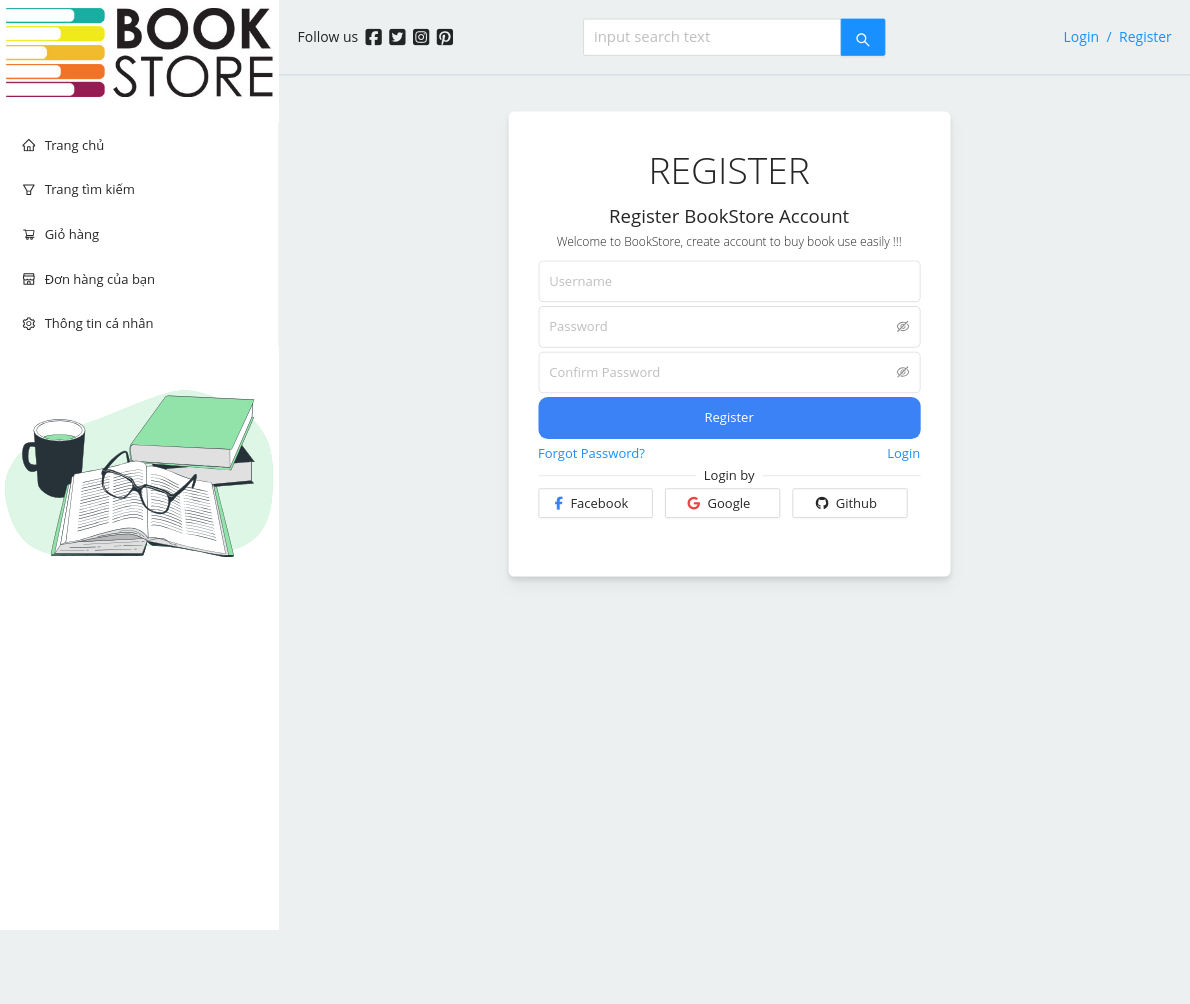
Repository: truongnguyenuit/DoAnCN
Page: /register (app in client/)
The author's editor kept a copy of each file at every save. The page is drawn from the files as they stood at one save, then again after the next save.
The browser window is 1280 px wide. The pictures show the whole page, at 93% of full size.
Some web libraries are served in a nearby version. The project was rebuilt for these pictures with package versions that can differ from the ones it lists, and the page was loaded fresh each time. Also part of the build but not shown: client/src/pages/AuthLoginPage.jsx, client/src/pages/AuthLogoutPage.jsx, client/src/pages/CartPage.jsx, client/src/pages/HomePage.jsx, client/src/pages/settingPage.jsx, client/src/pages/OderPage.jsx, client/src/pages/SearchPage.jsx, client/src/router/protectedRouter.js.

Above is the page before, as saved 2022-09-22 21:57:23.

### client/public/index.html
<!DOCTYPE html>
<html lang="en">
  <head>

    <meta charset="utf-8" />
    <meta name="viewport" content="width=device-width, initial-scale=1" />
    <meta
      name="description"
      content="Web site created using create-react-app"
    />
    <style>
      *{
        font-family: 'Open Sans', sans-serif;
        margin: 0;
      }
    </style>
    <script src="https://kit.fontawesome.com/cd2089affa.js" crossorigin="anonymous"></script>
    <title>BookStore Website</title>

  </head>
  <body>

    <noscript>You need to enable JavaScript to run this app.</noscript>
    <div id="root"></div>

  </body>
</html>

### client/src/index.js
import React from 'react';
import ReactDOM from 'react-dom/client';
import './index.css';
import App from './App';
import 'antd/dist/antd.min.css'

const root = ReactDOM.createRoot(document.getElementById('root'));
root.render(
  <React.StrictMode>
    <App />
  </React.StrictMode>
);

### client/src/App.js
import { BrowserRouter, Route, Routes } from "react-router-dom";
import { configRouter } from './router/configRouter';

import TopBarComponent from "./components/TopBarComponent";
import LeftBarComponent from "./components/LeftBarComponent";

import ProtectedRoute from "./router/protectedRouter";

function App() {


  return (
    <div>
      <BrowserRouter>
        <div className="fixed top-0 z-20">
          <LeftBarComponent />
        </div>
        <div className="fixed top-0 left-[300px] right-0 z-10">
          <TopBarComponent />
        </div>
        <div className="mt-[50px]"></div>
        <Routes>
          {configRouter.map((item, index) => {
            return (
              <Route
                key={index}
                path={item.path}
                element={item.page}
              // <ProtectedRoute protect={item.private}>
              // </ProtectedRoute>
              />
            );
          })}

        </Routes>

      </BrowserRouter>
    </div>
  );
}

export default App;

### client/src/router/configRouter.js
import AuthLoginPage from "../pages/AuthLoginPage";
import AuthRegisterPage from "../pages/AuthRegisterPage";
import AuthLogoutPage from "../pages/AuthLogoutPage";

import CartPage from "../pages/CartPage";
import HomePage from "../pages/HomePage";
import SettingPage from "../pages/settingPage";
import OderPage from "../pages/OderPage";
import SearchPage from "../pages/SearchPage";

import { pathName } from "./pathName";

export const configRouter=[
  {
    path: pathName.login,
    page: <AuthLoginPage/>,
    private: false,
  },
  {
    path: pathName.register,
    page: <AuthRegisterPage/>,
    private: false,
  },
  {
    path: pathName.logout,
    page: <AuthLogoutPage/>,
    private: true,
  },
  {
    path: pathName.cart,
    page: <CartPage/>,
    private: false,
  },
  {
    path: pathName.home,
    page: <HomePage/>,
    private: false,
  },
  {
    path: pathName.oder,
    page: <OderPage/>,
    private: false,
  },
  {
    path: pathName.search,
    page: <SearchPage/>,
    private: false,
  },
  {
    path: pathName.setting,
    page: <SettingPage/>,
    private: false,
  },

]

### client/src/components/TopBarComponent.js
import { Link } from "react-router-dom";
import { Row, Col, Button, Input, Modal } from "antd"
import { pathName } from '../router/pathName';
import React, { useState, useContext } from 'react';

import { useFormik } from 'formik';
import * as Yup from "yup";

const { Search } = Input

const NavigateRouter = [
  {
    path: 'asdasdasd',
    name: "Thời sự",
  },

];

const TopBarComponent = () => {

  return (

    <div className="bg-[#ecf0f1] border-b border-slate-300">
      <Row>

        <Col span={8}>
          <div className="flex justify-start items-center text-[20px] gap-2 h-20 ml-[20px]">
          <span className="text-[15px]">Follow us</span>
            <i className="fa-brands fa-facebook-square cursor-pointer"></i>
            <i className="fa-brands fa-twitter-square cursor-pointer"></i>
            <i className="fa-brands fa-instagram-square cursor-pointer"></i>
            <i className="fa-brands fa-pinterest-square cursor-pointer"></i>
          </div>
        </Col>

        <Col span={8}>
          <div className="flex justify-center items-center text-[20px] h-20">
            <Search size="large" placeholder="input search text" onSearch={''} enterButton />
          </div>
        </Col>

        <Col span={8}>
          <div className="flex justify-end items-center text-[15px] gap-2 h-20 mr-[20px]">
            <Link to={pathName.login}>
              Login
            </Link>
            <span className="text-[#1890ff]">/</span>
            <Link to={pathName.register}>
              Register
            </Link>
          </div>
        </Col>

      </Row>
    </div>
  )
}

export default TopBarComponent

### client/src/components/LeftBarComponent.js
import React from 'react'
import logo from '../logo.jpg'
import { pathName } from '../router/pathName';
import { Menu } from 'antd';
import { Link } from 'react-router-dom';
import {
  SettingOutlined,
  ShoppingCartOutlined,
  FilterOutlined,
  HomeOutlined,
  ShopOutlined
} from '@ant-design/icons'
import bookPicture from "../book.svg"

const LeftBarComponent = () => {
  const handleClick = e => {

  }
  return (
    <div className='bg-white h-[1000px]'>
      <div className=" w-[300px] flex items-center justify-start mb-5">
        <img className='w-[300px] object-cover' src={logo}></img>
      </div>
      <Menu
        onClick={handleClick}
        style={{ width: 300 }}
        mode="inline"
        theme="light"

      >
        <Menu.Item icon={<HomeOutlined />} key="dashboard">
          <Link to={pathName.home}>Trang chủ</Link>
        </Menu.Item>
        <Menu.Item icon={<FilterOutlined />} key="category">
          <Link to={pathName.search}>Trang tìm kiếm</Link>
        </Menu.Item>
        <Menu.Item icon={<ShoppingCartOutlined />} key="cart">
          <Link to={pathName.cart}>Giỏ hàng</Link>
        </Menu.Item>
        <Menu.Item icon={<ShopOutlined />} key="oder">
          <Link to={pathName.oder}>Đơn hàng của bạn</Link>
        </Menu.Item>
        <Menu.Item icon={<SettingOutlined />} key="setting">
          <Link to={pathName.setting}>Thông tin cá nhân</Link>
        </Menu.Item>
      </Menu>
      <div className="mt-[40px]">
        <img src={bookPicture} alt="" />
      </div>

    </div>
  )
}

export default LeftBarComponent

### client/src/pages/AuthRegisterPage.jsx
import React from 'react'
import { pathName } from '../router/pathName';
import { Link } from 'react-router-dom';
import { registerUser } from '../redux/authAPI';
import { Button, Input, Row, Col } from "antd";

import { useFormik } from "formik"
import * as Yup from "yup"

const AuthRegisterPage = () => {
  const formik = useFormik({
    initialValues: {
      username: "",
      password: "",
      confirmPassword: ""
    },
    validationSchema: Yup.object({
      username: Yup.string().required("Required").min(4, "Must be 4 character or more"),
      password: Yup.string().required("Required").min(4, "Must be 4 character or more"),
      confirmPassword: Yup.string().required("Required").min(4, "Must be 4 character or more")
    }),
    onSubmit: async (values) => {
      console.log("ok")
      // if (values.password !== values.confirmPassword) {
      //   alert("Confirm password don't match password!")
      //   return
      // }
      // try {
      //   const registerData = await registerUser(values)
      //   alert(registerData.message)

      // } catch (error) {
      //   console.log(error)
      // }
    }
  })
  return (
    <div className='  mt-[80px] flex justify-center bg-[#ecf0f1] h-[1000px]'>

      <div className="bg-white w-[475px] flex flex-col items-center gap-0.5 drop-shadow-lg p-8 mt-10 ml-72 h-[500px] rounded-md">

        <span className="text-[40px] font-thin">
          REGISTER
        </span>
        <span className="text-[20px] font-medium">
          Register BookStore Account
        </span>
        <span className="text-[13px] font-thin">
          Welcome to BookStore, create account to buy book use easily !!!
        </span>
        <div className="w-full h-[5px]" />

        <form onSubmit={formik.handleSubmit} className="flex flex-col gap-1 w-full">

          <Row>
            <div className="w-full h-full flex rounded-[5px] overflow-hidden">
              <Col span={24}>
                <Input
                  type="text"
                  placeholder="Username"
                  style={{
                    height: 45,
                    borderRadius: 5
                  }}

                  id="username"
                  name="username"
                  value={formik.values.username}
                  onChange={formik.handleChange}
                />
              </Col>
            </div>
          </Row>
          {formik.errors.username && (
            <p className='text-red-600 m-0'>{formik.errors.username}</p>
          )}

          <Row>
            <div className="w-full h-full flex rounded-[5px] overflow-hidden">
              <Col span={24}>
                <Input.Password
                  placeholder="Password"
                  visibilityToggle={true}
                  style={{
                    height: 45,
                    borderRadius: 5
                  }}

                  id="password"
                  name="password"
                  value={formik.values.password}
                  onChange={formik.handleChange}
                />
              </Col>
            </div>
          </Row>
          {formik.errors.password && (
            <p className='text-red-600 m-0'>{formik.errors.password}</p>
          )}

          <Row>
            <div className="w-full h-full flex rounded-[5px] overflow-hidden">
              <Col span={24}>
                <Input.Password
                  placeholder="Confirm Password"
                  visibilityToggle={true}
                  style={{
                    height: 45,
                    borderRadius: 5
                  }}

                  id="confirmPassword"
                  name="confirmPassword"
                  value={formik.values.confirmPassword}
                  onChange={formik.handleChange}
                />
              </Col>
            </div>
          </Row>
          {formik.errors.confirmPassword && (
            <p className='text-red-600 m-0'>{formik.errors.confirmPassword}</p>
          )}

          <Row>
            <Col span={24}>
              <button
                type="submit"
                className="bg-blue-500 w-full h-[45px] text-white rounded-[10px]"
              >
                Register
              </button>
            </Col>
          </Row>

          <Row>
            <Col span={24}>
              <div className="w-full flex justify-between">
                <Link to={''}>Forgot Password?</Link>
                <Link to={pathName.login}>Login</Link>
              </div>
            </Col>
          </Row>

          <div className="w-full h-[5px]" />

          <Row>
            <Col span={24}>
              <div className="w-full h-[1px] p-0 bg-gray-200 relative">
                <p className="absolute top-0 left-[50%] translate-x-[-50%] translate-y-[-50%] px-2 bg-white">
                  Login by
                </p>
              </div>
            </Col>
          </Row>
          <div className="w-full h-[5px]" />

          <Row>
            <Col span={8}>
              <Button style={{ width: "90%" }}>
                <i className="fa-brands fa-facebook-f text-blue-500"></i>
                <span className="px-2">Facebook</span>
              </Button>
            </Col>
            <Col span={8}>
              <Button style={{ width: "90%" }}>
                <i className="fa-brands fa-google text-red-500"></i>
                <span className="px-2">Google</span>
              </Button>
            </Col>
            <Col span={8}>
              <Button style={{ width: "90%" }}>
                <i className="fa-brands fa-github"></i>
                <span className="px-2">Github</span>
              </Button>
            </Col>
          </Row>

        </form>
      </div>

    </div>
  )
}

export default AuthRegisterPage

### client/src/router/pathName.js
export const pathName = {

  login: "/login",
  register: "/register",
  logout: "/logout",

  home: "/home",
  search: "/search",
  cart: "/cart",
  oder: "/oder",
  setting: "/setting"
}

### client/src/redux/authAPI.js
import axios from 'axios'

export const registerUser = async userForm => {
  try {
    const response = await axios.post(`http://localhost:5000/api/auth/register`, userForm)
    // if (response.data.success)
    //   localStorage.setItem('LocalStorageTokenName', response.data.accessToken)

    // await loadUser()
    return response.data

  } catch (error) {
    if (error.response.data) return error.response.data
    else return { success: false, message: error.message }
  }
}

### client/tailwind.config.js
/** @type {import('tailwindcss').Config} */
module.exports = {
  content: ["./src/**/*.{html,js,jsx,ts}"],
  theme: {
    extend: {},
  },
  plugins: [],
}

Loaded but not shown: client/src/index.css (common file)

After the next save:
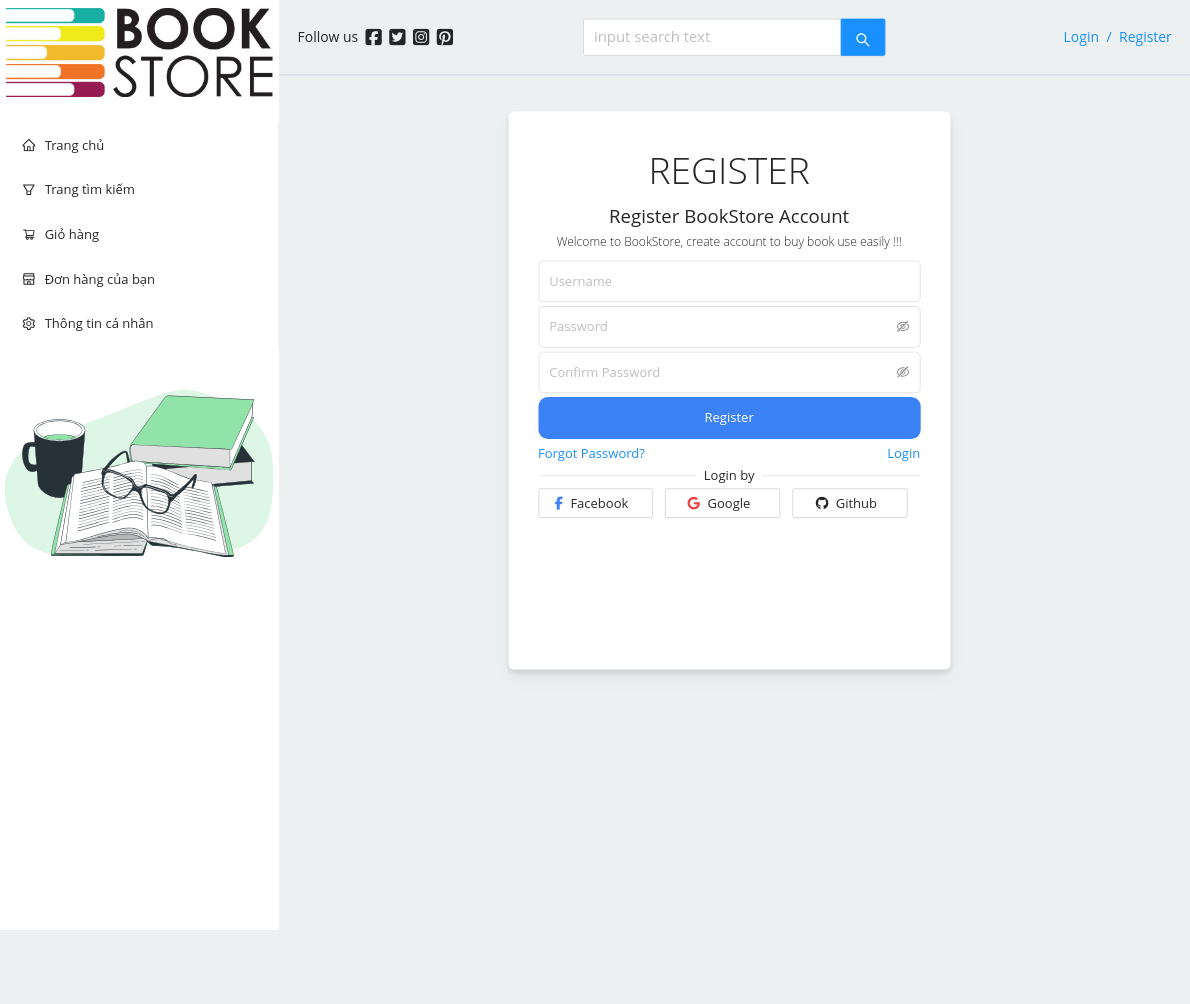
Saved 82 s later.
--- a/client/src/pages/AuthRegisterPage.jsx
+++ b/client/src/pages/AuthRegisterPage.jsx
@@ -37,7 +37,7 @@
   return (
     <div className='  mt-[80px] flex justify-center bg-[#ecf0f1] h-[1000px]'>
 
-      <div className="bg-white w-[475px] flex flex-col items-center gap-0.5 drop-shadow-lg p-8 mt-10 ml-72 h-[500px] rounded-md">
+      <div className="bg-white w-[475px] flex flex-col items-center gap-0.5 drop-shadow-lg p-8 mt-10 ml-72 h-[600px] rounded-md">
 
         <span className="text-[40px] font-thin">
           REGISTER

After the save that followed:
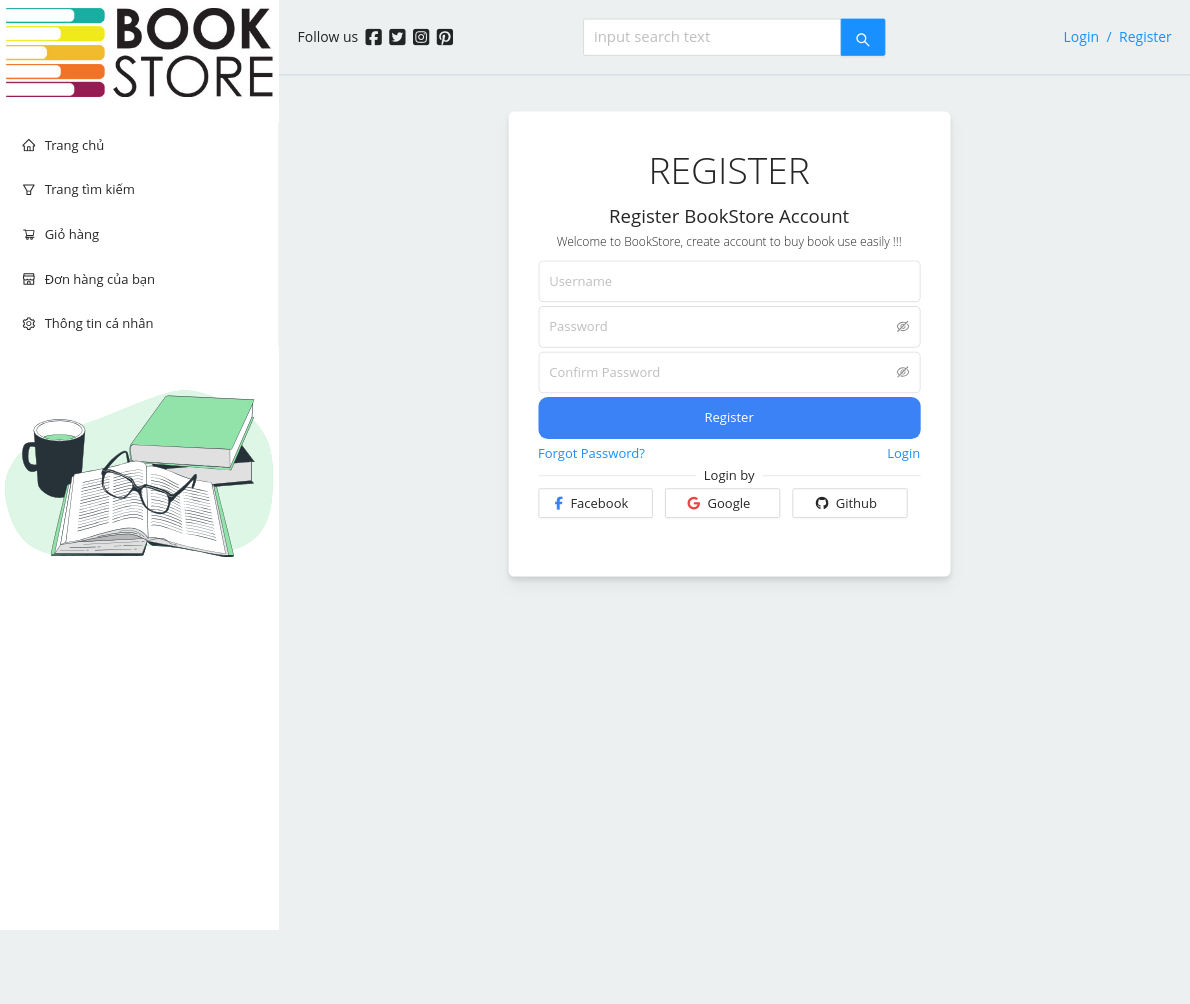
Saved 4 s later.
--- a/client/src/pages/AuthRegisterPage.jsx
+++ b/client/src/pages/AuthRegisterPage.jsx
@@ -37,7 +37,7 @@
   return (
     <div className='  mt-[80px] flex justify-center bg-[#ecf0f1] h-[1000px]'>
 
-      <div className="bg-white w-[475px] flex flex-col items-center gap-0.5 drop-shadow-lg p-8 mt-10 ml-72 h-[600px] rounded-md">
+      <div className="bg-white w-[475px] flex flex-col items-center gap-0.5 drop-shadow-lg p-8 mt-10 ml-72 h-[500px] rounded-md">
 
         <span className="text-[40px] font-thin">
           REGISTER
